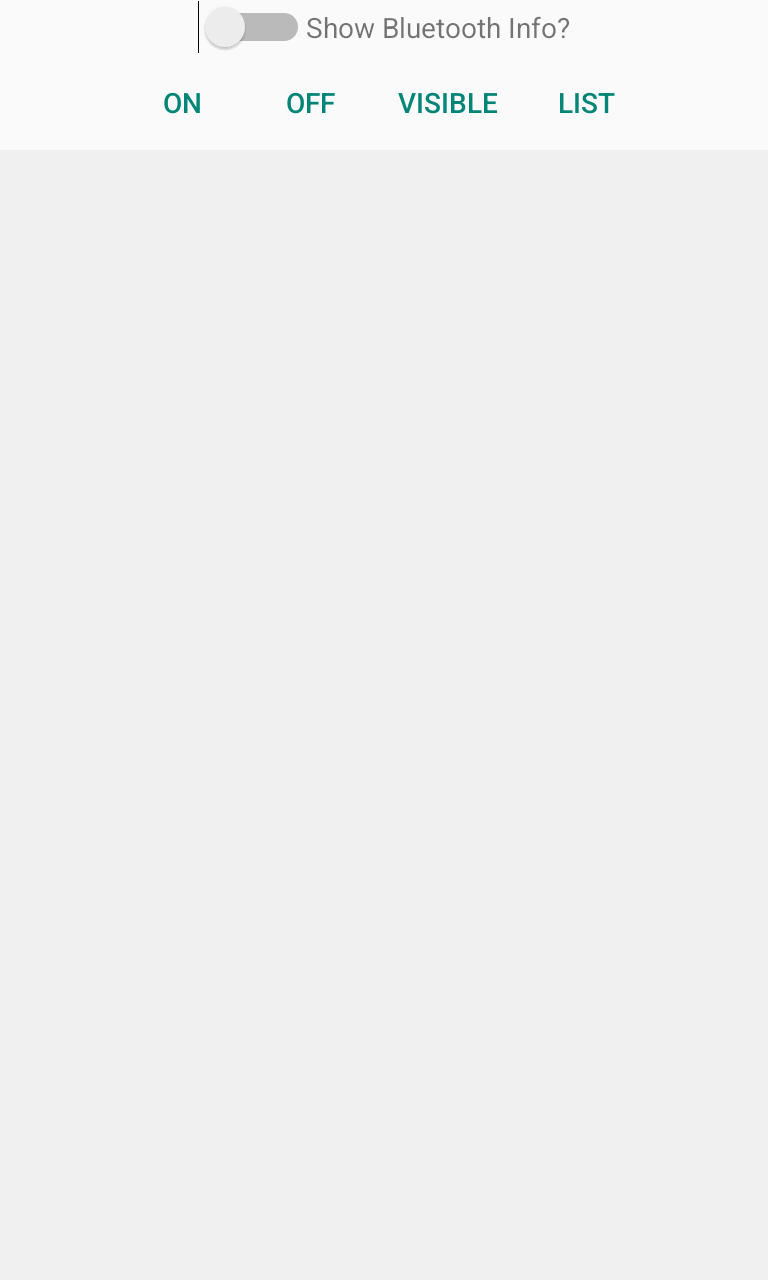
Repository: sdenom01/Anduino
Layout: Anduino/res/layout/activity_main.xml
These files come from the project's save history. The layout is drawn as it stood at one moment and after the next save; the edit follows.
It is drawn on a 768 x 1280 px phone screen (xhdpi) without system bars, with theme AppTheme; the app's code is not run. Lists and similar views that code fills are empty.

Above is the layout before, as saved 2014-07-08 21:42:17.

### Anduino/res/layout/activity_main.xml
<LinearLayout xmlns:android="http://schemas.android.com/apk/res/android"
    xmlns:tools="http://schemas.android.com/tools"
    android:layout_width="match_parent"
    android:layout_height="match_parent"
    android:orientation="vertical"
    tools:context="${packageName}.${activityClass}" >

    <LinearLayout
        android:id="@+id/bluetoothToggleLayout"
        android:layout_width="match_parent"
        android:layout_height="wrap_content"
        android:gravity="center"
        android:orientation="horizontal" >

        <Switch
            android:id="@+id/bluetoothToggle"
            android:layout_width="wrap_content"
            android:layout_height="wrap_content" />

        <TextView
            android:id="@+id/bluetoothToggleTitle"
            android:layout_width="wrap_content"
            android:layout_height="wrap_content"
            android:text="@string/ToggleBluetooth" />
    </LinearLayout>

    <!-- Bluetooth Information goes here -->

    <LinearLayout
        android:id="@+id/bluetoothInformation"
        android:layout_width="wrap_content"
        android:layout_height="wrap_content"
        android:orientation="vertical" >

        <LinearLayout
            android:layout_width="wrap_content"
            android:layout_height="wrap_content"
            android:layout_gravity="center"
            android:orientation="horizontal" >

            <Button
                android:id="@+id/button1"
                style="?android:attr/buttonBarButtonStyle"
                android:layout_width="wrap_content"
                android:layout_height="wrap_content"
                android:clickable="true"
                android:onClick="on"
                android:text="@string/On" />

            <Button
                android:id="@+id/button2"
                style="?android:attr/buttonBarButtonStyle"
                android:layout_width="wrap_content"
                android:layout_height="wrap_content"
                android:clickable="true"
                android:onClick="off"
                android:text="@string/Off" />

            <Button
                android:id="@+id/button3"
                style="?android:attr/buttonBarButtonStyle"
                android:layout_width="wrap_content"
                android:layout_height="wrap_content"
                android:clickable="true"
                android:onClick="visible"
                android:text="@string/Visible" />

            <Button
                android:id="@+id/button4"
                style="?android:attr/buttonBarButtonStyle"
                android:layout_width="wrap_content"
                android:layout_height="wrap_content"
                android:clickable="true"
                android:onClick="list"
                android:text="@string/List" />
        </LinearLayout>

        <LinearLayout
            android:layout_width="wrap_content"
            android:layout_height="wrap_content"
            android:orientation="horizontal" >

            <ListView
                android:id="@+id/listView1"
                android:layout_width="wrap_content"
                android:layout_height="wrap_content" />
        </LinearLayout>
    </LinearLayout>

    <!-- Color Picker will go here -->

    <LinearLayout
        android:id="@+id/colorPicker"
        android:layout_width="match_parent"
        android:layout_height="match_parent"
        android:background="#f0f0f0"
        android:orientation="horizontal" >
    </LinearLayout>

</LinearLayout>

### Anduino/res/values/strings.xml
<?xml version="1.0" encoding="utf-8"?>
<resources>

    <string name="app_name">Anduino</string>
    <string name="On">On</string>
    <string name="Off">Off</string>
    <string name="Visible">Visible</string>
    <string name="List">List</string>
    <string name="ToggleBluetooth">Show Bluetooth Info?</string>
</resources>

Loaded but not shown: Anduino/res/values/styles.xml (common file); Anduino/res/values-v11/styles.xml (common file); Anduino/res/values-v14/styles.xml (common file)

After the next save:
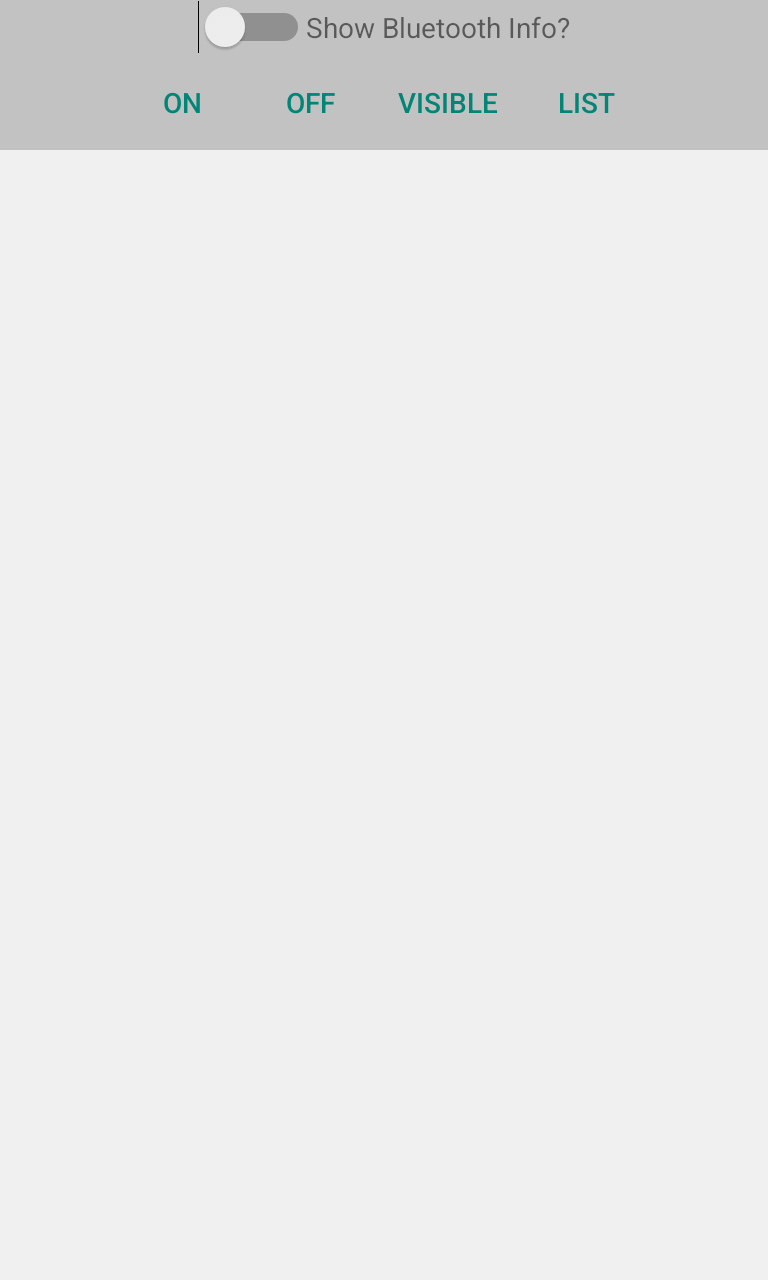
Saved 3 min 53 s later.
--- a/Anduino/res/layout/activity_main.xml
+++ b/Anduino/res/layout/activity_main.xml
@@ -9,6 +9,7 @@
         android:id="@+id/bluetoothToggleLayout"
         android:layout_width="match_parent"
         android:layout_height="wrap_content"
+        android:background="#C2C2C2"
         android:gravity="center"
         android:orientation="horizontal" >
 
@@ -30,6 +31,7 @@
         android:id="@+id/bluetoothInformation"
         android:layout_width="wrap_content"
         android:layout_height="wrap_content"
+        android:background="#C2C2C2"
         android:orientation="vertical" >
 
         <LinearLayout
